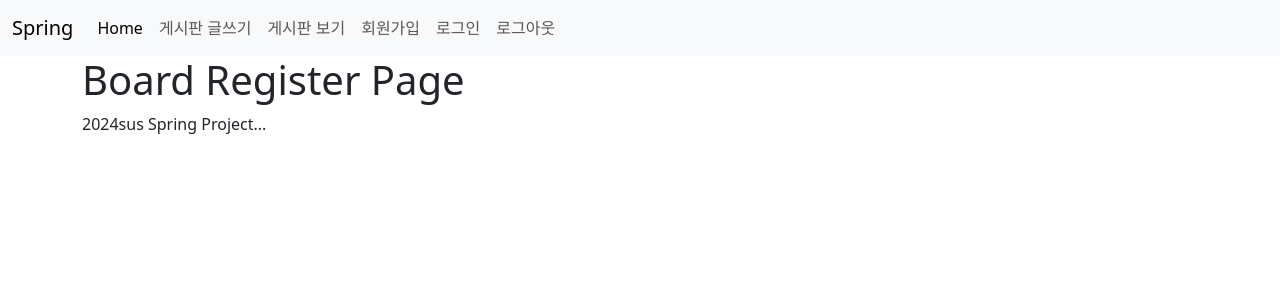
Repository: Ceciliaseon/springTest20240430
Page: http://localhost/spring_study/WEB-INF/views/member/register.jsp
An editor plug-in stored every save of this project. The page is shown before and after the next save, followed by the edit.
The browser window is 1280 px wide. The pictures show the whole page.
The page is served by Tomcat 9. Nobody is signed in. The template is opened directly, without the code that normally fills it, so the values that code supplies are empty.

Above is the page before, as saved 2024-04-25 05:49:09.

### spring_study/src/main/webapp/WEB-INF/views/member/register.jsp
<%@ page language="java" contentType="text/html; charset=UTF-8"
    pageEncoding="UTF-8"%>

<jsp:include page="../layout/header.jsp" />

<div class="container-md">
	<h1>Board Register Page</h1>

</div>

<jsp:include page="../layout/footer.jsp" />

### spring_study/src/main/webapp/WEB-INF/views/layout/header.jsp
<%@ page language="java" contentType="text/html; charset=UTF-8"
    pageEncoding="UTF-8"%>
<!DOCTYPE html>
<html>
<head>
<meta charset="UTF-8">
<title>header.jsp</title>
<link href="https://cdn.jsdelivr.net/npm/bootstrap@5.3.3/dist/css/bootstrap.min.css" rel="stylesheet" integrity="sha384-QWTKZyjpPEjISv5WaRU9OFeRpok6YctnYmDr5pNlyT2bRjXh0JMhjY6hW+ALEwIH" crossorigin="anonymous">
<script src="https://cdn.jsdelivr.net/npm/bootstrap@5.3.3/dist/js/bootstrap.bundle.min.js" integrity="sha384-YvpcrYf0tY3lHB60NNkmXc5s9fDVZLESaAA55NDzOxhy9GkcIdslK1eN7N6jIeHz" crossorigin="anonymous"></script>
</head>
<body>

<nav class="navbar navbar-expand-lg bg-body-tertiary">
  <div class="container-fluid">
    <a class="navbar-brand" href="#">Spring</a>
    <button class="navbar-toggler" type="button" data-bs-toggle="collapse" data-bs-target="#navbarSupportedContent" aria-controls="navbarSupportedContent" aria-expanded="false" aria-label="Toggle navigation">
      <span class="navbar-toggler-icon"></span>
    </button>
    <div class="collapse navbar-collapse" id="navbarSupportedContent">
      <ul class="navbar-nav me-auto mb-2 mb-lg-0">
        <li class="nav-item">
          <a class="nav-link active" aria-current="page" href="#">Home</a>
        </li>
        <li class="nav-item">
          <a class="nav-link" href="/board/register">게시판 글쓰기</a>
        </li>
        <li class="nav-item">
          <a class="nav-link" href="/board/list">게시판 보기</a>
        </li>
        <li class="nav-item">
          <a class="nav-link" href="#">회원가입</a>
        </li>
        <li class="nav-item">
          <a class="nav-link" href="#">로그인</a>
        </li>
        <li class="nav-item">
          <a class="nav-link" href="#">로그아웃</a>
        </li>
      </ul>
    </div>
  </div>
</nav>

### spring_study/src/main/webapp/WEB-INF/views/layout/footer.jsp
<%@ page language="java" contentType="text/html; charset=UTF-8"
    pageEncoding="UTF-8"%>

<div class="container-md">
	2024sus Spring Project...
</div>

</body>
</html>

After the next save:
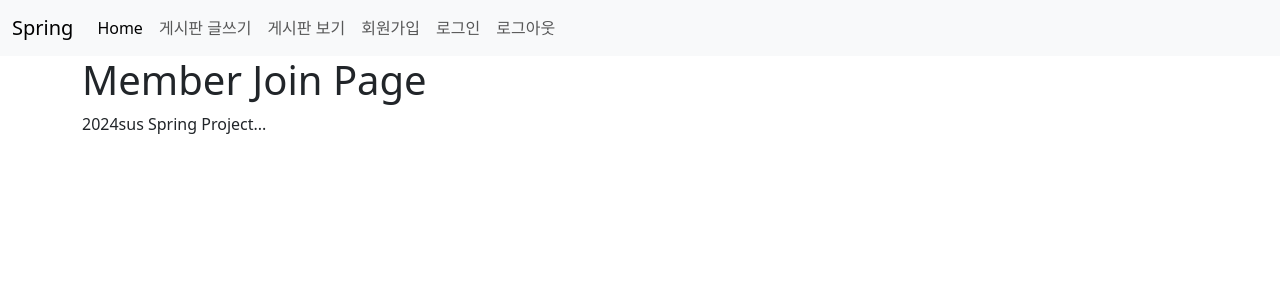
Saved 9 s later.
--- a/spring_study/src/main/webapp/WEB-INF/views/member/register.jsp
+++ b/spring_study/src/main/webapp/WEB-INF/views/member/register.jsp
@@ -4,7 +4,7 @@
 <jsp:include page="../layout/header.jsp" />
 
 <div class="container-md">
-	<h1>Board Register Page</h1>
+	<h1>Member Join Page</h1>
 
 </div>
 
